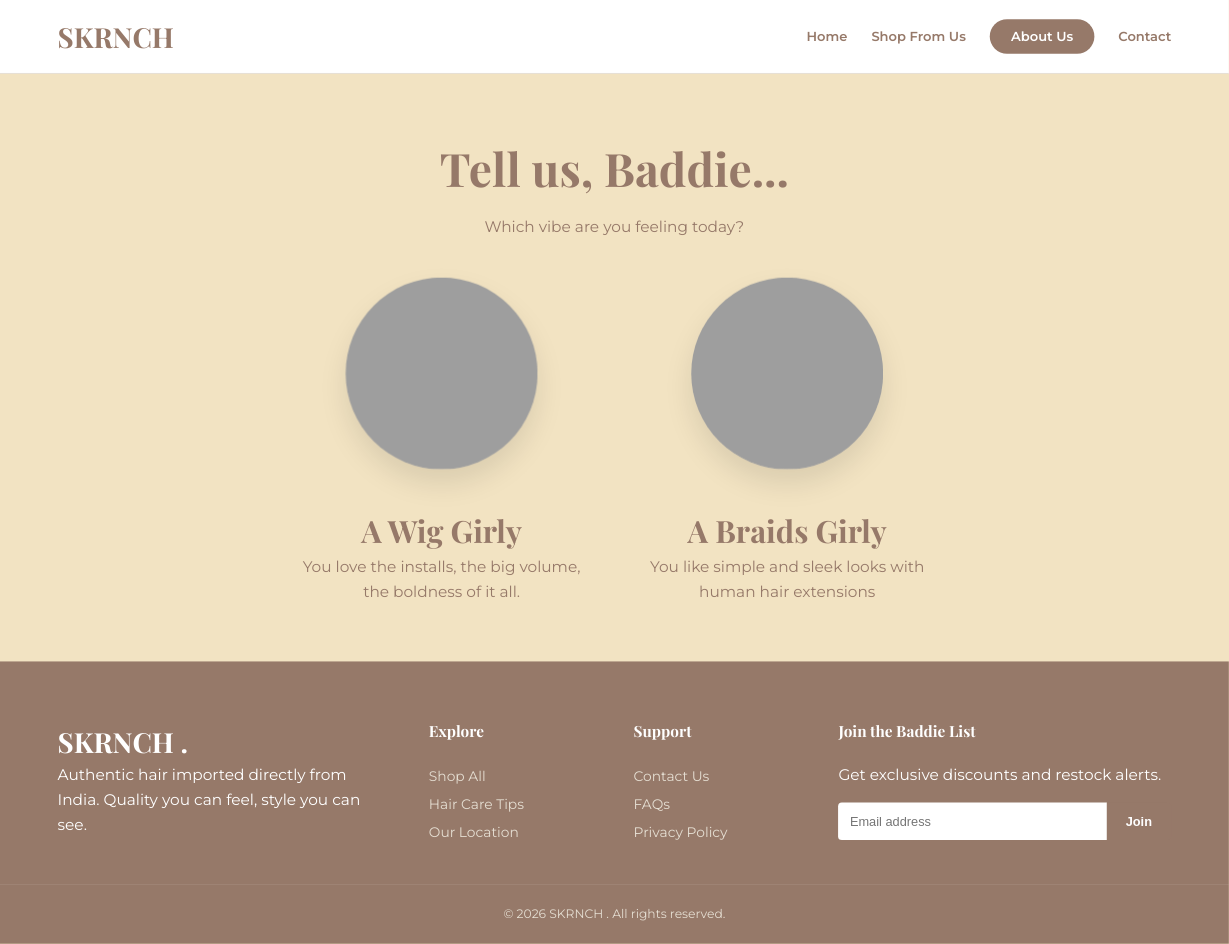
Repository: ndirituart/Portfolio
Page: wigsorextensions.html
These files come from the project's save history. The page is drawn as it stood at one moment and after the next save; the edit follows.
The browser window is 1280 px wide. The pictures show the whole page, at 96% of full size.
Pictures or frames that could not be fetched are drawn as grey boxes. Some web fonts or font styles are not loaded; a fallback is used.

Above is the page before, as saved 2026-02-13 17:48:04.

### wigsorextensions.html
<!DOCTYPE html>
<html lang="en">
<head>
    <meta charset="UTF-8">
    <meta name="viewport" content="width=device-width, initial-scale=1.0">
    <title>SKRNCH | Discover Your Style</title>
    <link href="https://fonts.googleapis.com/css2?family=Playfair+Display:ital,wght@0,700;1,700&family=Montserrat:wght@400;600&display=swap" rel="stylesheet">

</head>
<body>

    <header class="main-header">
        <div class="container">
            <a href="index.html" class="logo">SKRNCH</a>
            <nav>
                <ul>
                    <li><a href="index.html">Home</a></li>
                   <li class="dropdown">
                        <a href="shop.html" class="dropbtn">Shop From Us</a>
                        <div class="dropdown-content">
                            <a href="wigsorextensions.html">Wigs & Hair Extensions</a>
                            <a href="accessories.html">Hair Accessories</a>
                            <a href="essentials.html">Hair Essentials</a>
                            <a href="products.html">Hair Products</a>
                        </div>
                    </li>
                    <li><a href="about.html" class="btn-small">About Us</a></li>
                    <li><a href="contact.html">Contact</a></li>
                </ul>
            </nav>
        </div>
    </header>

    <main class="selection-main">
        <div class="selection-question">
            <h1>Tell us, Baddie...</h1>
            <p>Which vibe are you feeling today?</p>
        </div>

        <div class="selection-grid">
            <a href="products/buywigs.html" class="product-choice">
                <img src="assets/icons/wiggirly.jpg" alt="Wigs Girly">
                <h2>A Wig Girly</h2>
                <p>You love the installs, the big volume, the boldness of it all.</p>
            </a>

            <a href="products/hairextensions.html" class="product-choice alt">
                <img src="assets/icons/braidsgirly.jpg" alt="Hair Extensions">
                <h2>A Braids Girly</h2>
                <p>You like simple and sleek looks with human hair extensions</p>
            </a>
        </div>
    </main>

    <footer class="main-footer">
        <div class="container footer-grid">
            <div class="footer-brand">
                <div class="logo" style="color: white;">SKRNCH <span>.</span></div>
                <p>Authentic hair imported directly from India. Quality you can feel, style you can see.</p>
            </div>
            <div class="footer-links">
                <h4>Explore</h4>
                <ul>
                    <li><a href="/shop.html">Shop All</a></li>
                    <li><a href="/haircaretips.html">Hair Care Tips</a></li>
                    <li><a href="/about.html">Our Location</a></li>
                </ul>
            </div>
            <div class="footer-links">
                <h4>Support</h4>
                <ul>
                    <li><a href="/contact.html">Contact Us</a></li>
                    <li><a href="/faqs.html">FAQs</a></li>
                    <li><a href="/privacypolicy.html">Privacy Policy</a></li>
                </ul>
            </div>
            <div class="footer-contact">
                <h4>Join the Baddie List</h4>
                <p>Get exclusive discounts and restock alerts.</p>
                <div class="input-group">
                    <input type="email" placeholder="Email address">
                    <button>Join</button>
                </div>
            </div>
        </div>
        <div class="footer-bottom">
            <p>&copy; 2026 SKRNCH . All rights reserved.</p>
        </div>
    </footer>

</body>
</html>


<style>
        :root {
            --cream: #F2E3C2; --sand: #E5DED2; --bronze: #A67C52;
            --gold-leaf: #C5B081; --deep-cocoa: #967969; --white: #ffffff;
            --heading-font: 'Playfair Display', serif;
            --body-font: 'Montserrat', sans-serif;
            --max-width: 1200px;
        }

        * { margin: 0; padding: 0; box-sizing: border-box; }

        body {
            background-color: var(--cream);
            color: var(--deep-cocoa);
            line-height: 1.6;
            font-family: var(--body-font);
        }

        .container {
            max-width: var(--max-width);
            margin: 0 auto;
            padding: 0 20px;
        }

        /* --- HEADER --- */
        .main-header {
            background: white;
            padding: 15px 0;
            position: sticky;
            top: 0;
            z-index: 1000;
            border-bottom: 1px solid var(--sand);
        }

        .main-header .container {
            display: flex;
            justify-content: space-between;
            align-items: center;
        }

        .logo {
            font-family: var(--heading-font);
            font-size: 1.8rem;
            font-weight: 700;
            color: var(--deep-cocoa);
            text-decoration: none;
        }

        nav ul { display: flex; list-style: none; align-items: center; }
        nav ul li { margin-left: 25px; }
        nav ul li a {
            text-decoration: none;
            color: var(--deep-cocoa);
            font-weight: 600;
            font-size: 0.85rem;
            transition: 0.3s;
        }

        .btn-small {
            background: var(--deep-cocoa);
            color: white !important;
            padding: 10px 22px;
            border-radius: 50px;
        }

                /* --- UPDATED DROPDOWN LOGIC --- */
        .dropdown {
            position: relative;
            display: inline-block;
        }

        .dropdown-content {
            display: none; /* Hide by default */
            position: absolute;
            background-color: white;
            min-width: 200px;
            box-shadow: 0px 8px 16px rgba(0,0,0,0.1);
            z-index: 1001;
            border-radius: 8px;
            top: 100%;
            left: 0;
            padding: 10px 0;
            border: 1px solid var(--pink);
        }

        .dropdown-content a {
            color: var(--deep-cocoa);
            padding: 12px 16px;
            text-decoration: none;
            display: block;
            font-size: 0.85rem;
            transition: 0.3s;
        }

        .dropdown-content a:hover {
            background-color: var(--cream);
            color: var(--sand);
        }

        /* Show the dropdown when hovering over the 'li' */
        .dropdown:hover .dropdown-content {
            display: block;
        }


        /* --- SELECTION SECTION --- */
        .selection-main {
            min-height: 80vh;
            display: flex;
            flex-direction: column;
            justify-content: center;
            align-items: center;
            text-align: center;
            padding: 60px 20px;
        }

        .selection-question {
            margin-bottom: 50px;
        }

        .selection-question h1 {
            font-family: var(--heading-font);
            font-size: 3rem;
            margin-bottom: 10px;
        }

        .selection-grid {
            display: flex;
            gap: 60px;
            justify-content: center;
            align-items: flex-start;
            flex-wrap: wrap;
        }

        .product-choice {
            text-decoration: none;
            color: inherit;
            transition: transform 0.3s ease;
            width: 300px;
        }

        /* Bouncing Animation */
        @keyframes bounce {
            0%, 100% { transform: translateY(0); }
            50% { transform: translateY(-20px); }
        }

        .product-choice img {
            /*For the image to fit the whole circle*/
            width: 200px;
            height: 200px;
            object-fit: cover;
            object-position: center;
            border-radius: 50%;
            box-shadow: 0 15px 30px rgba(0,0,0,0.1);
            animation: bounce 4s ease-in-out infinite;
        }



        /* Offset the second bounce so they aren't in sync */
        .product-choice.alt img {
            animation-delay: 2s;
        }

        .product-choice h2 {
            font-family: var(--heading-font);
            font-size: 2rem;
            margin-top: 20px;
        }

        .product-choice:hover {
            transform: scale(1.05);
        }

        /* --- FOOTER --- */
        .main-footer {
            background: var(--deep-cocoa);
            color: white;
            padding: 60px 0 20px;
        }

        .footer-grid {
            display: grid;
            grid-template-columns: 2fr 1fr 1fr 2fr;
            gap: 40px;
        }

        .footer-links h4, .footer-contact h4 { font-family: var(--heading-font); margin-bottom: 20px; }
        .footer-links ul { list-style: none; }
        .footer-links ul li a { color: var(--sand); text-decoration: none; font-size: 0.9rem; line-height: 2; }

        .input-group { display: flex; margin-top: 15px; }
        .input-group input { padding: 12px; border-radius: 4px 0 0 4px; border: none; flex: 1; }
        .input-group button { padding: 10px 20px; background: var(--deep-cocoa); border: none; color: white; border-radius: 0 4px 4px 0; cursor: pointer; font-weight: 600; }

        .footer-bottom {
            text-align: center;
            margin-top: 40px;
            font-size: 0.8rem;
            color: var(--sand);
            border-top: 1px solid rgba(255,255,255,0.1);
            padding-top: 20px;
        }

        @media (max-width: 768px) {
            .footer-grid { grid-template-columns: 1fr; }
            .selection-question h1 { font-size: 2rem; }
            .selection-grid { gap: 30px; }
        }
    </style>

After the next save:
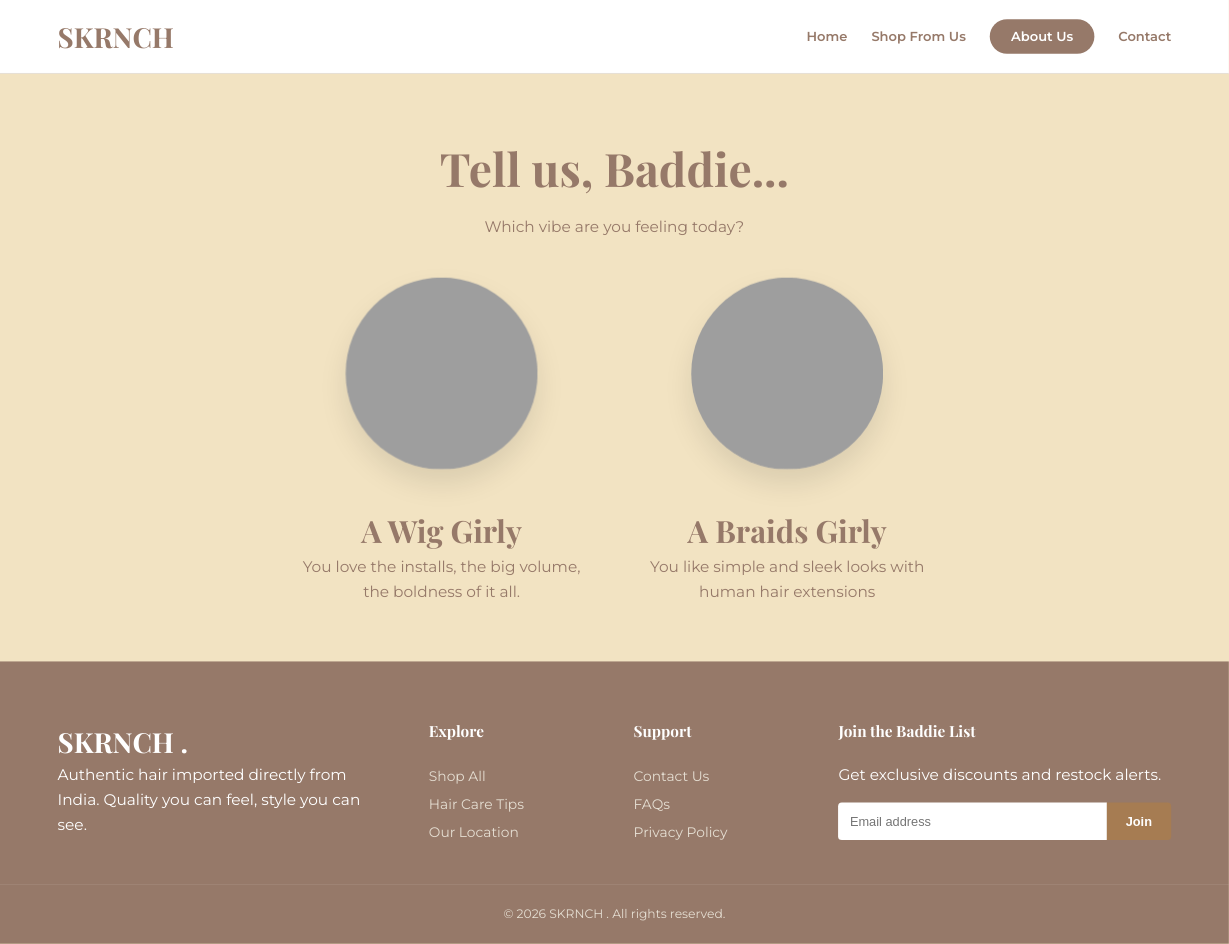
Saved 31 s later.
--- a/wigsorextensions.html
+++ b/wigsorextensions.html
@@ -286,7 +286,7 @@
 
         .input-group { display: flex; margin-top: 15px; }
         .input-group input { padding: 12px; border-radius: 4px 0 0 4px; border: none; flex: 1; }
-        .input-group button { padding: 10px 20px; background: var(--deep-cocoa); border: none; color: white; border-radius: 0 4px 4px 0; cursor: pointer; font-weight: 600; }
+        .input-group button { padding: 10px 20px; background: var(--bronze); border: none; color: white; border-radius: 0 4px 4px 0; cursor: pointer; font-weight: 600; }
 
         .footer-bottom {
             text-align: center;
